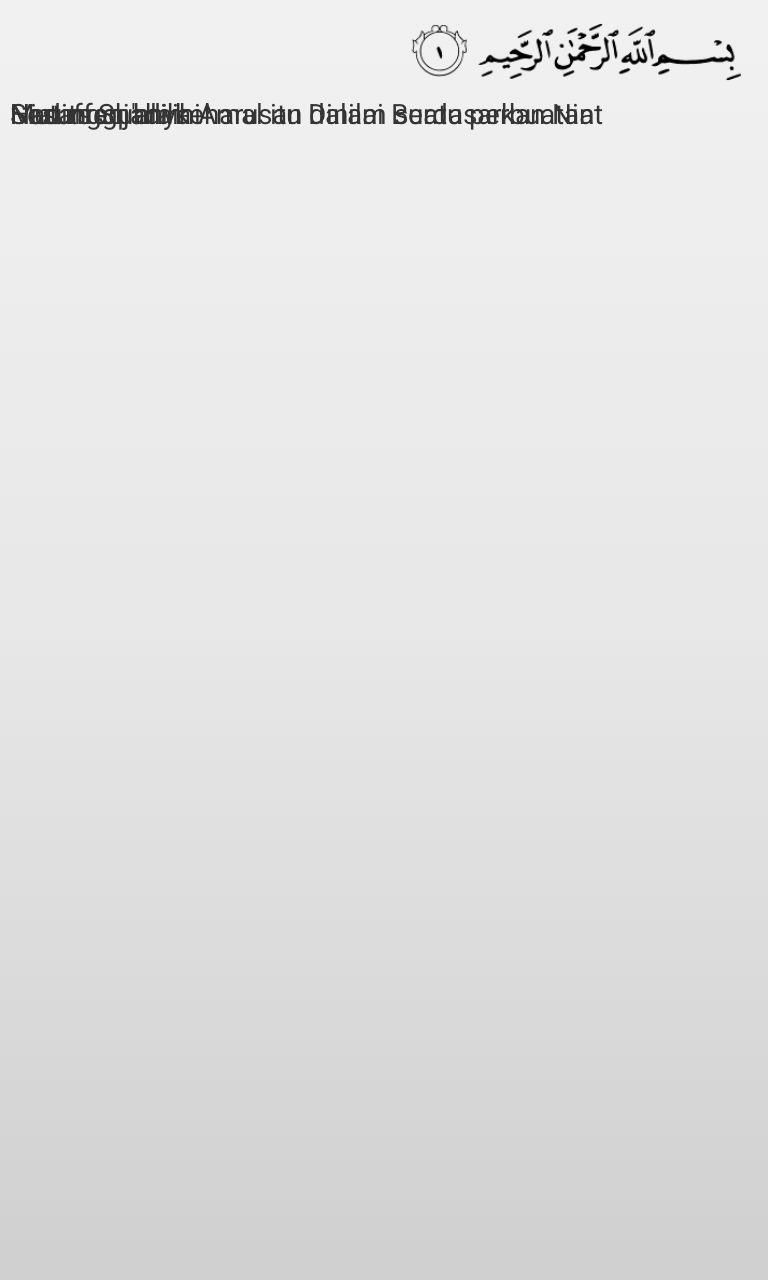
Repository: rezaervani/ayongajitiaphari
Layout: AyoNgajiTiapHari/res/layout/barisriyadhusshalihin.xml
The author's editor kept a copy of each file at every save. The layout is drawn from the files as they stood at one save, then again after the next save.
It is drawn on a 768 x 1280 px phone screen (xhdpi) without system bars, with theme AppTheme; the app's code is not run.

Above is the layout before, as saved 2014-06-29 05:49:51.

After the next save:
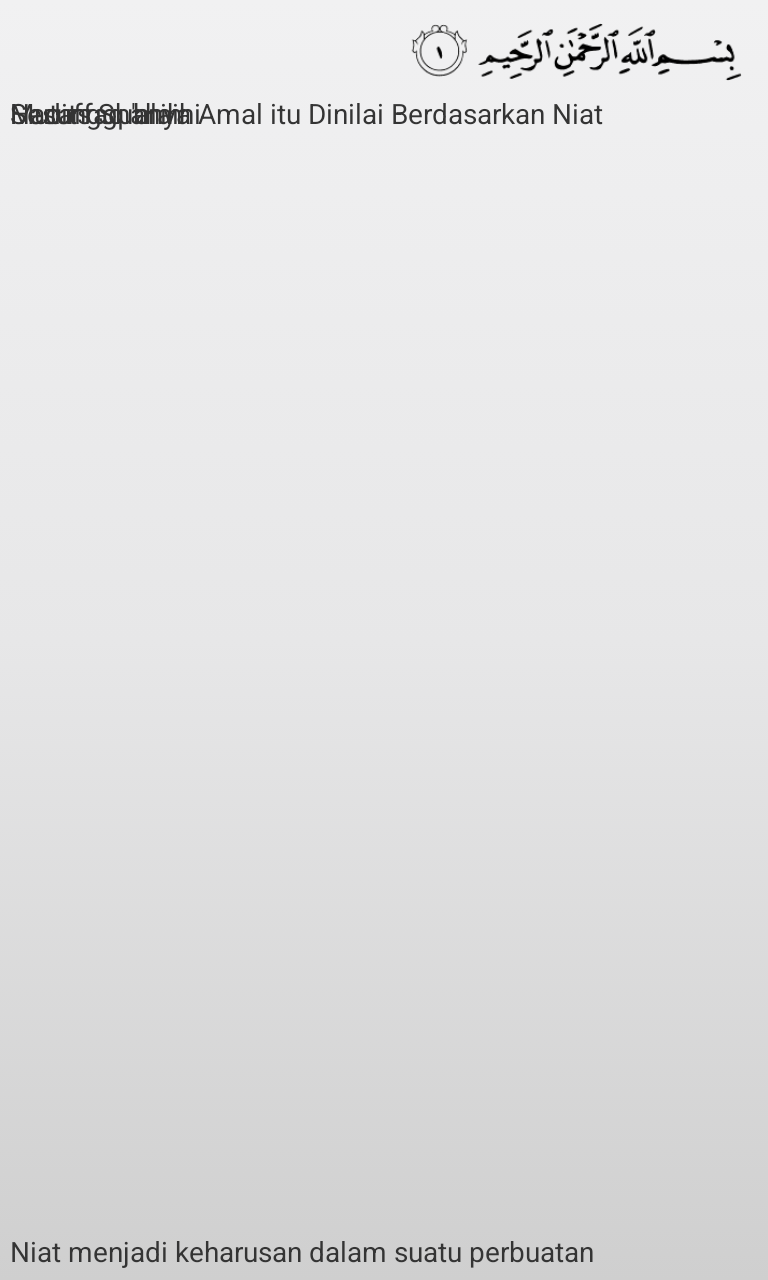
Saved 35 s later.
--- a/AyoNgajiTiapHari/res/layout/barisriyadhusshalihin.xml
+++ b/AyoNgajiTiapHari/res/layout/barisriyadhusshalihin.xml
@@ -69,14 +69,13 @@
         android:textSize="14sp" />
 
        <TextView
-        android:id="@+id/syarah"
-        android:layout_width="fill_parent"
-        android:layout_height="wrap_content"
-        android:layout_alignLeft="@+id/thumbnail"
-        android:layout_alignParentLeft="true"
-        android:layout_below="@+id/thumbnail"
-        android:text="Niat menjadi keharusan dalam suatu perbuatan"
-        android:textColor="#343434"
-        android:textSize="14sp" />
+           android:id="@+id/syarah"
+           android:layout_width="fill_parent"
+           android:layout_height="wrap_content"
+           android:layout_alignParentBottom="true"
+           android:layout_alignParentLeft="true"
+           android:text="Niat menjadi keharusan dalam suatu perbuatan"
+           android:textColor="#343434"
+           android:textSize="14sp" />
 
 </RelativeLayout>
